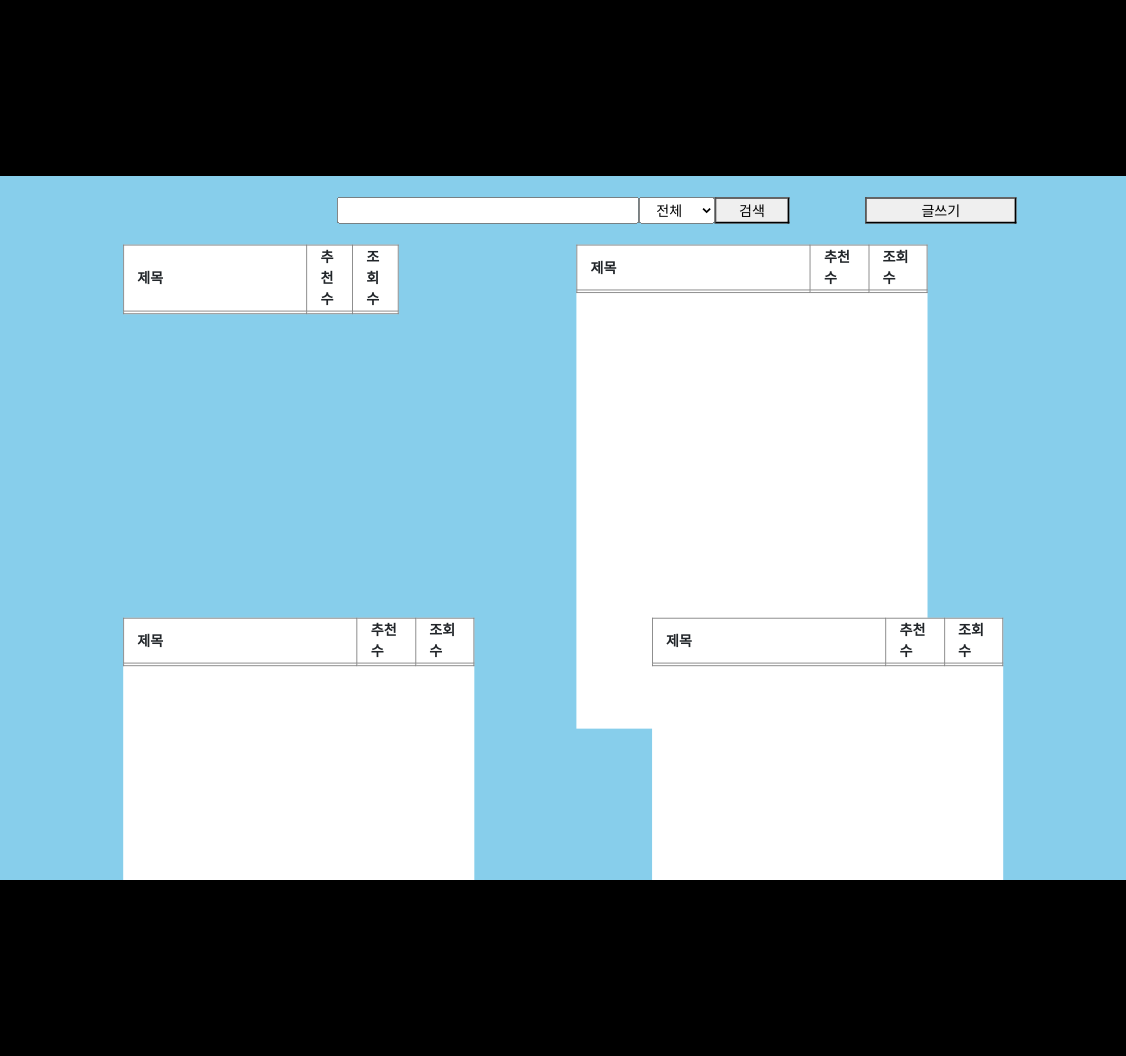
Repository: HJCroCat/project4
Page: http://localhost/koravle/getBoardMain.jsp
An editor plug-in stored every save of this project. The page is shown before and after the next save, followed by the edit.
The browser window is 1280 px wide. The pictures show the whole page, at 88% of full size.
An inner scrolling area shows only its first screen. The page is served by Tomcat 9. Nobody is signed in. The application's start-up code is not run. Other server files are loaded and not shown. The template is opened directly, without the code that normally fills it, so the values that code supplies are empty.

Above is the page before, as saved 2021-12-15 07:26:01.

### koravle/koravle/src/main/webapp/getBoardMain.jsp
<%@ page language="java" contentType="text/html; charset=UTF-8"
	pageEncoding="UTF-8"%>
<%@ taglib uri="http://java.sun.com/jstl/core_rt" prefix="c"%>

<!DOCTYPE html>
<html>
<head>
<!-- Required meta tags -->
<meta charset="utf-8">
<meta name="viewport"
	content="width=device-width, initial-scale=1, shrink-to-fit=no">

<!-- Bootstrap CSS -->
<link rel="stylesheet"
	href="https://cdn.jsdelivr.net/npm/bootstrap@4.6.1/dist/css/bootstrap.min.css"
	integrity="sha384-zCbKRCUGaJDkqS1kPbPd7TveP5iyJE0EjAuZQTgFLD2ylzuqKfdKlfG/eSrtxUkn"
	crossorigin="anonymous">

<title></title>
</head>
<body>

	<!-- header -->
	<header style="min-width:1280px; height:200px; margin:auto; background-color: black; ">

	</header>


	<!-- 게시판 메인 페이지 영역 시작 -->

	<main style="overflow:auto; max-width:1280px; min-width:1000px; height:800px; margin:auto; background-color: skyblue; ">

	<div style="max-width:1000px; margin:auto;">

		<div class="row">
			<br/>
		</div>

		<div class="row">
			<div class="col-3"></div>
			<input type="text" class="col-4" name="searchWord" id="searchWord">
			<select class="col-1" name="selectSearch" id="selectSearch">
				<option value="1" selected>전체</option>
				<option value="boardName">글제목</option>
				<option value="regionName">관광지</option>
				<option value="boardWriter">작성자</option>
			</select>
			<button class="col-1" onclick='location.href="getBoardList.do"'>검색</button>
			<div class="col-1"></div>
			<button class="col-2" onclick='location.href="insertBoard.do"'>글쓰기</button>
		</div>


		<div class="row">
			<br/>
		</div>

		<div class="row" style="height:400px;">

			<div class="col-4">
				<div style="background-color: white;">
					<table class="col-12" border="1">
						<tr>
							<th class="col-8" align="center">제목</th>
							<th class="col-2" align="center">추천수</th>
							<th class="col-2" align="center">조회수</th>
						</tr>
						<tr>
							<td class="col-8" align="left"><a href="getBoard.do?boardIdx=${board.boardIdx}">
															${board.boardTitle }</a></td>
							<td class="col-2">${board.boardReco }</td>
							<td class="col-2">${board.boardViewCount }</td>
					</table>
				</div>
			</div>

			<div class="col-2">
				<tr/>
			</div>

			<div class="col-5">
				<div style="background-color: white; min-height:550px;">
					<table class="col-12" border="1">
						<tr>
							<th class="col-8" align="center">제목</th>
							<th class="col-2" align="center">추천수</th>
							<th class="col-2" align="center">조회수</th>
						</tr>
						<tr>
							<td class="col-8" align="left"><a href="getBoard.do?boardIdx=${board.boardIdx}">
															${board.boardTitle }</a></td>
							<td class="col-2">${board.boardReco }</td>
							<td class="col-2">${board.boardViewCount }</td>
					</table>
				</div>

			</div>


		</div>

		<div class="row">
			<br/>
		</div>

		<div class="row" style="height:400px;">

			<div class="col-5">
				<div style="background-color: white; min-height:550px;">
					<table class="col-12" border="1">
						<tr>
							<th class="col-8" align="center">제목</th>
							<th class="col-2" align="center">추천수</th>
							<th class="col-2" align="center">조회수</th>
						</tr>
						<tr>
							<td class="col-8" align="left"><a href="getBoard.do?boardIdx=${board.boardIdx}">
															${board.boardTitle }</a></td>
							<td class="col-2">${board.boardReco }</td>
							<td class="col-2">${board.boardViewCount }</td>
					</table>
				</div>
			</div>

			<div class="col-2">
				<tr/>
			</div>

			<div class="col-5">
				<div style="background-color: white; min-height:550px;">
					<table class="col-12" border="1">
						<tr>
							<th class="col-8" align="center">제목</th>
							<th class="col-2" align="center">추천수</th>
							<th class="col-2" align="center">조회수</th>
						</tr>
						<tr>
							<td class="col-8" align="left"><a href="getBoard.do?boardIdx=${board.boardIdx}">
															${board.boardTitle }</a></td>
							<td class="col-2">${board.boardReco }</td>
							<td class="col-2">${board.boardViewCount }</td>
					</table>
				</div>

			</div>


		</div>



	</div>

	</main>
	<!-- 게시판 메인 페이지 영역 끝 -->

	<!-- footer -->

	<footer style="min-width:1280px; height:200px; margin:auto; background-color: black;">

	</footer>


	<!-- Optional JavaScript; choose one of the two! -->

	<!-- Option 1: jQuery and Bootstrap Bundle (includes Popper) -->
	<script
		src="https://cdn.jsdelivr.net/npm/jquery@3.5.1/dist/jquery.slim.min.js"
		integrity="sha384-DfXdz2htPH0lsSSs5nCTpuj/zy4C+OGpamoFVy38MVBnE+IbbVYUew+OrCXaRkfj"
		crossorigin="anonymous"></script>
	<script
		src="https://cdn.jsdelivr.net/npm/bootstrap@4.6.1/dist/js/bootstrap.bundle.min.js"
		integrity="sha384-fQybjgWLrvvRgtW6bFlB7jaZrFsaBXjsOMm/tB9LTS58ONXgqbR9W8oWht/amnpF"
		crossorigin="anonymous"></script>

	<!-- Option 2: Separate Popper and Bootstrap JS -->
	<!--
    <script src="https://cdn.jsdelivr.net/npm/jquery@3.5.1/dist/jquery.slim.min.js" integrity="sha384-DfXdz2htPH0lsSSs5nCTpuj/zy4C+OGpamoFVy38MVBnE+IbbVYUew+OrCXaRkfj" crossorigin="anonymous"></script>
    <script src="https://cdn.jsdelivr.net/npm/popper.js@1.16.1/dist/umd/popper.min.js" integrity="sha384-9/reFTGAW83EW2RDu2S0VKaIzap3H66lZH81PoYlFhbGU+6BZp6G7niu735Sk7lN" crossorigin="anonymous"></script>
    <script src="https://cdn.jsdelivr.net/npm/bootstrap@4.6.1/dist/js/bootstrap.min.js" integrity="sha384-VHvPCCyXqtD5DqJeNxl2dtTyhF78xXNXdkwX1CZeRusQfRKp+tA7hAShOK/B/fQ2" crossorigin="anonymous"></script>
    -->

</body>
</html>

After the next save:
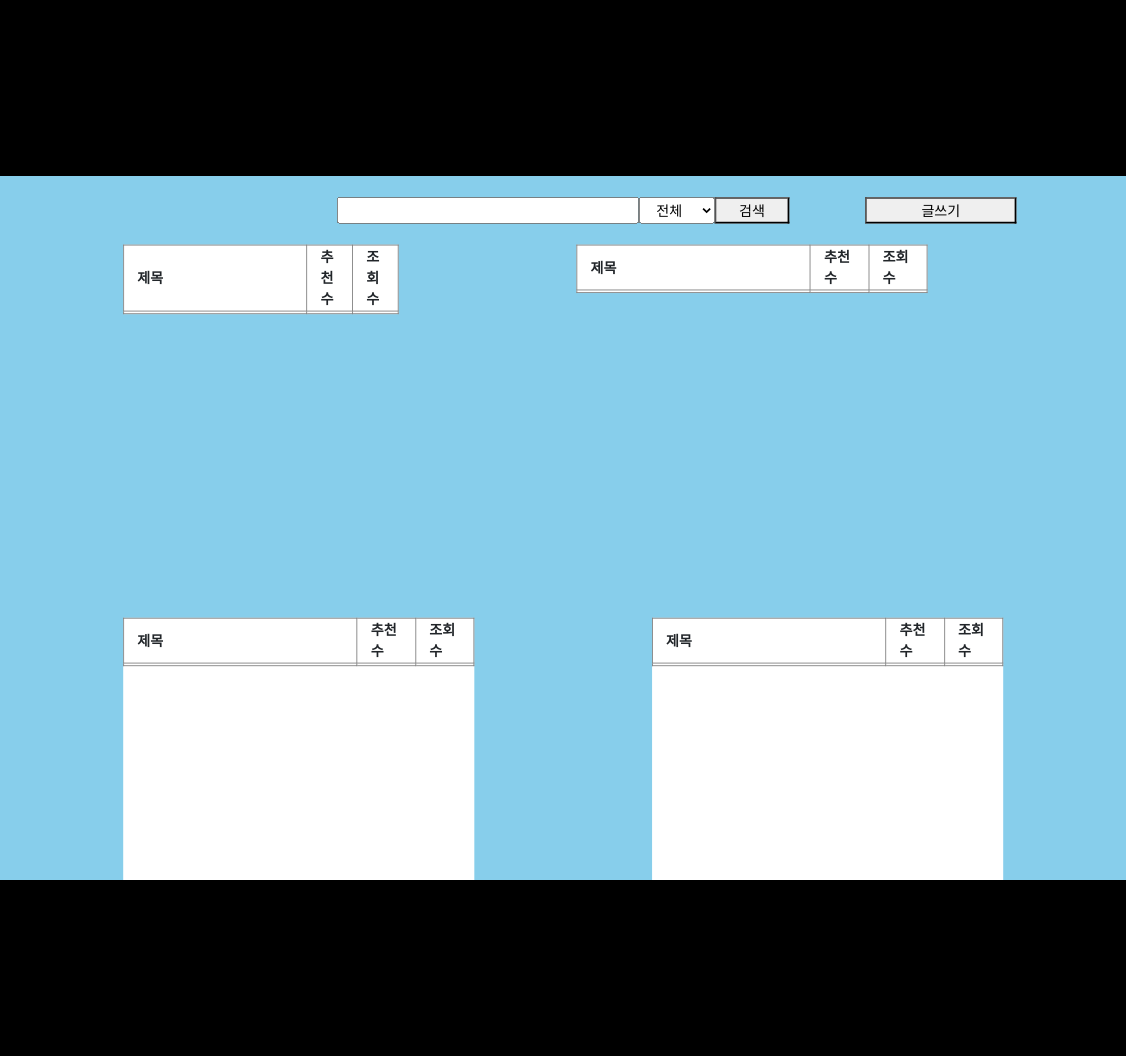
Saved 11 s later.
--- a/koravle/koravle/src/main/webapp/getBoardMain.jsp
+++ b/koravle/koravle/src/main/webapp/getBoardMain.jsp
@@ -79,7 +79,7 @@
 			</div>
 
 			<div class="col-5">
-				<div style="background-color: white; min-height:550px;">
+				<div style="background-color: white;">
 					<table class="col-12" border="1">
 						<tr>
 							<th class="col-8" align="center">제목</th>
